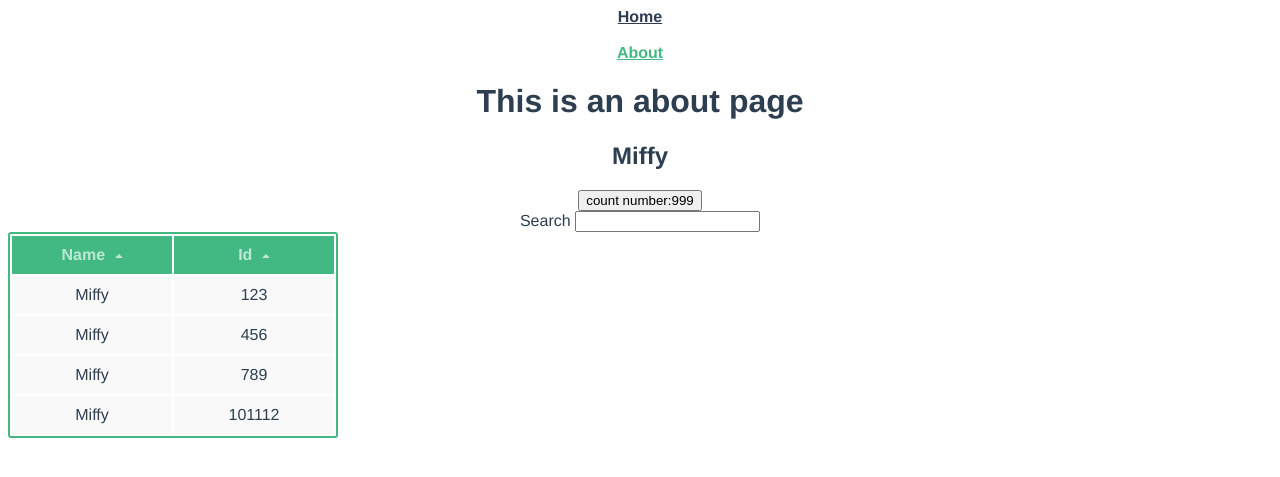
Repository: HaoMiffy/vue3-compisition-Typescript-pinia
Page: /about
An editor plug-in stored every save of this project. The page is shown before and after the next save, followed by the edit.
The browser window is 1280 px wide. The pictures show the whole page.
The project was rebuilt for these pictures with package versions that can differ from the ones it lists, and the page was loaded fresh each time. Also part of the build but not shown: vue.config.js, src/components/HelloWorld.vue, src/views/HomeView.vue.

Above is the page before, as saved 2022-12-12 18:16:55.

### src/main.ts
import { createApp } from 'vue'
import App from './App.vue'
import router from './router'
import { createPinia } from 'pinia'

createApp(App).use(createPinia()).use(router).mount('#app')

### src/App.vue
<template>
<navbar></navbar>
<RouterView></RouterView>
</template>


<script lang="ts" setup>
import navbar from './components/navbar.vue'
</script>

<style>
#app {
  font-family: Avenir, Helvetica, Arial, sans-serif;
  -webkit-font-smoothing: antialiased;
  -moz-osx-font-smoothing: grayscale;
  text-align: center;
  color: #2c3e50;
}

.nav {
  padding: 30px;
  text-align: left;
}



nav a {
  font-weight: bold;
  color: #2c3e50;
}

nav a.router-link-exact-active {
  color: #42b983;
}
</style>

### src/components/navbar.vue
<!-- eslint-disable vue/multi-word-component-names -->
<template>
    <nav class="navbar navbar-default">
        <div class="container-fluid">
            <div class="navbar-header">
                <router-link to="/" class="item">Home</router-link>
            </div>
            <br />
            <div>
                <router-link to="/about" class="item">About</router-link>
            </div>
        </div>
    </nav>
</template>

### src/views/AboutView.vue
/* pinia + Vue3 composition API 資料抓取的方式*/

<template>
  <div class="about">
    <h1>This is an about page</h1>
    <h2>{{ max }}</h2>
    <button @click="click()">count number:{{ counter.count }}</button>
    <form id="search">
      Search <input name="query" v-model="searchQuery">
    </form>
    <Table :data="Data" :columns="Columns" :filter-key="searchQuery"></Table>
  </div>
</template>

<script setup lang="ts">
import { ref, reactive,computed } from 'vue'
import { PublicStore } from '@/store/index'

import Table from './table.vue'


const store = PublicStore()




const max = ref("Miffy")
const counter = reactive({ count: 999 })

const searchQuery = ref('')
const Columns = ['name', 'id']


const Data = computed(()=> store.$state.data);


function click() {
  counter.count++
}





</script>

<style>
.table {
  margin-top: 25px;
  display: flex;
  justify-content: center;
  align-items: center;
}
</style>

### src/store/index.ts
import { defineStore } from 'pinia'
export const PublicStore = defineStore('Public', { // Public项目唯一id
  state: () => ({
    data: [
      {
        name: 'Miffy',
        id: 123
      },
      {
        name: 'Miffy',
        id: 456
      },
      {
        name: 'Miffy',
        id: 789
      },
      {
        name: 'Miffy',
        id: 101112
      }
    ]
  }),
  getters: {

  },
  actions: {

  },
})

### src/views/table.vue
<!-- eslint-disable vue/multi-word-component-names -->
<script setup >
import { ref, computed,defineProps} from 'vue'

const props = defineProps({
  data: Array,
  columns: Array,
  filterKey: String
})

const sortKey = ref('')
const sortOrders = ref(
  props.columns.reduce((o, key) => ((o[key] = 1), o), {})
)

const filteredData = computed(() => {
  let { data, filterKey } = props
  if (filterKey) {
    filterKey = filterKey.toLowerCase()
    data = data.filter((row) => {
      return Object.keys(row).some((key) => {
        return String(row[key]).toLowerCase().indexOf(filterKey) > -1
      })
    })
  }
  const key = sortKey.value
  if (key) {
    const order = sortOrders.value[key]
    data = data.slice().sort((a, b) => {
      a = a[key]
      b = b[key]
      return (a === b ? 0 : a > b ? 1 : -1) * order
    })
  }
  return data
})

function sortBy(key) {
  sortKey.value = key
  sortOrders.value[key] *= -1
}

function capitalize(str) {
  return str.charAt(0).toUpperCase() + str.slice(1)
}
</script>

<template>
  <table v-if="filteredData.length">
    <thead>
      <tr>
        <th v-for="key in columns"
          @click="sortBy(key)"
          :class="{ active: sortKey == key }" :key="capitalize(key)">
          {{ capitalize(key) }}
          <span class="arrow" :class="sortOrders[key] > 0 ? 'asc' : 'dsc'">
          </span>
        </th>
      </tr>
    </thead>
    <tbody>
      <tr v-for="entry in filteredData" :key="entry[key]">
        <td v-for="key in columns" :key="entry[key]">
          {{entry[key]}}
        </td>
      </tr>
    </tbody>
  </table>
  <p v-else>No matches found.</p>
</template>

<style>
table {
  border: 2px solid #42b983;
  border-radius: 3px;
  background-color: #fff;
}

th {
  background-color: #42b983;
  color: rgba(255, 255, 255, 0.66);
  cursor: pointer;
  user-select: none;
}

td {
  background-color: #f9f9f9;
}

th,
td {
  min-width: 120px;
  padding: 10px 20px;
}

th.active {
  color: #fff;
}

th.active .arrow {
  opacity: 1;
}

.arrow {
  display: inline-block;
  vertical-align: middle;
  width: 0;
  height: 0;
  margin-left: 5px;
  opacity: 0.66;
}

.arrow.asc {
  border-left: 4px solid transparent;
  border-right: 4px solid transparent;
  border-bottom: 4px solid #fff;
}

.arrow.dsc {
  border-left: 4px solid transparent;
  border-right: 4px solid transparent;
  border-top: 4px solid #fff;
}
</style>

Loaded but not shown: src/router/index.ts (common file)

After the next save:
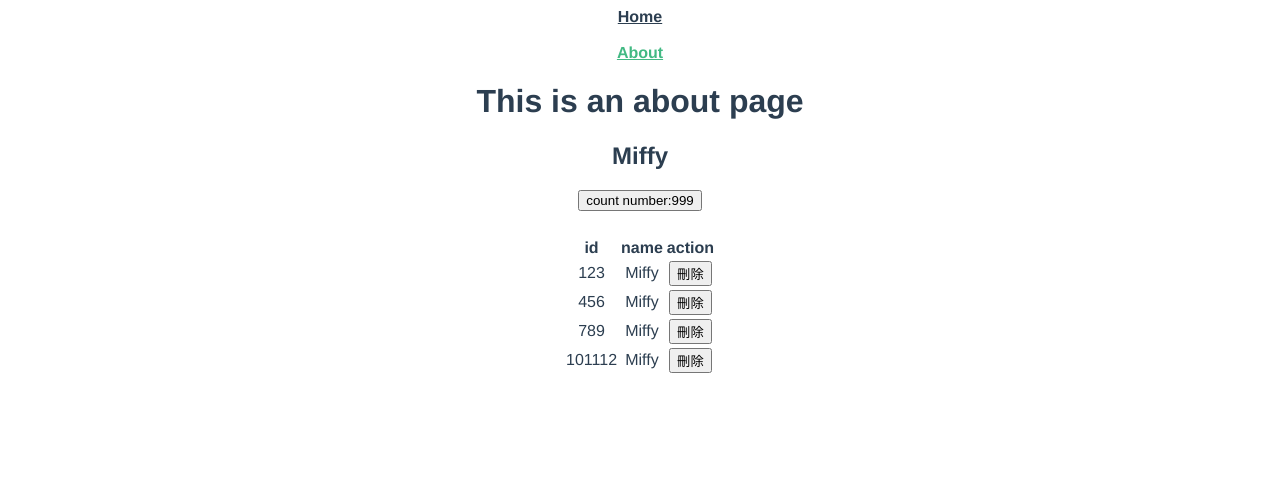
Saved 8 min 6 s later.
--- a/src/views/AboutView.vue
+++ b/src/views/AboutView.vue
@@ -1,44 +1,53 @@
-/* pinia + Vue3 composition API 資料抓取的方式*/
-
 <template>
   <div class="about">
     <h1>This is an about page</h1>
     <h2>{{ max }}</h2>
     <button @click="click()">count number:{{ counter.count }}</button>
-    <form id="search">
-      Search <input name="query" v-model="searchQuery">
-    </form>
-    <Table :data="Data" :columns="Columns" :filter-key="searchQuery"></Table>
+    <div class="table">
+      <table>
+        <thead>
+          <tr>
+            <th>id</th>
+            <th>name</th>
+            <th>action</th>
+          </tr>
+        </thead>
+        <tbody>
+          <tr v-for="(item, index) in data"  :key="index">
+            <td>
+              {{item.id}}
+            </td>
+            <td>
+              {{item.name}}
+            </td>
+            <td>
+              <button @click="remove(index)">刪除</button>
+            </td>
+          </tr>
+        </tbody>
+      </table>
+    </div>
   </div>
 </template>
 
-<script setup lang="ts">
+<script lang="ts" setup>
 import { ref, reactive,computed } from 'vue'
 import { PublicStore } from '@/store/index'
-
-import Table from './table.vue'
-
-
 const store = PublicStore()
-
-
-
 
 const max = ref("Miffy")
 const counter = reactive({ count: 999 })
 
-const searchQuery = ref('')
-const Columns = ['name', 'id']
 
-
-const Data = computed(()=> store.$state.data);
-
+const data =  computed (() => store.$state.data)
 
 function click() {
   counter.count++
 }
 
-
+function remove(index: number) {
+  console.log(data)
+}
 
 
 
